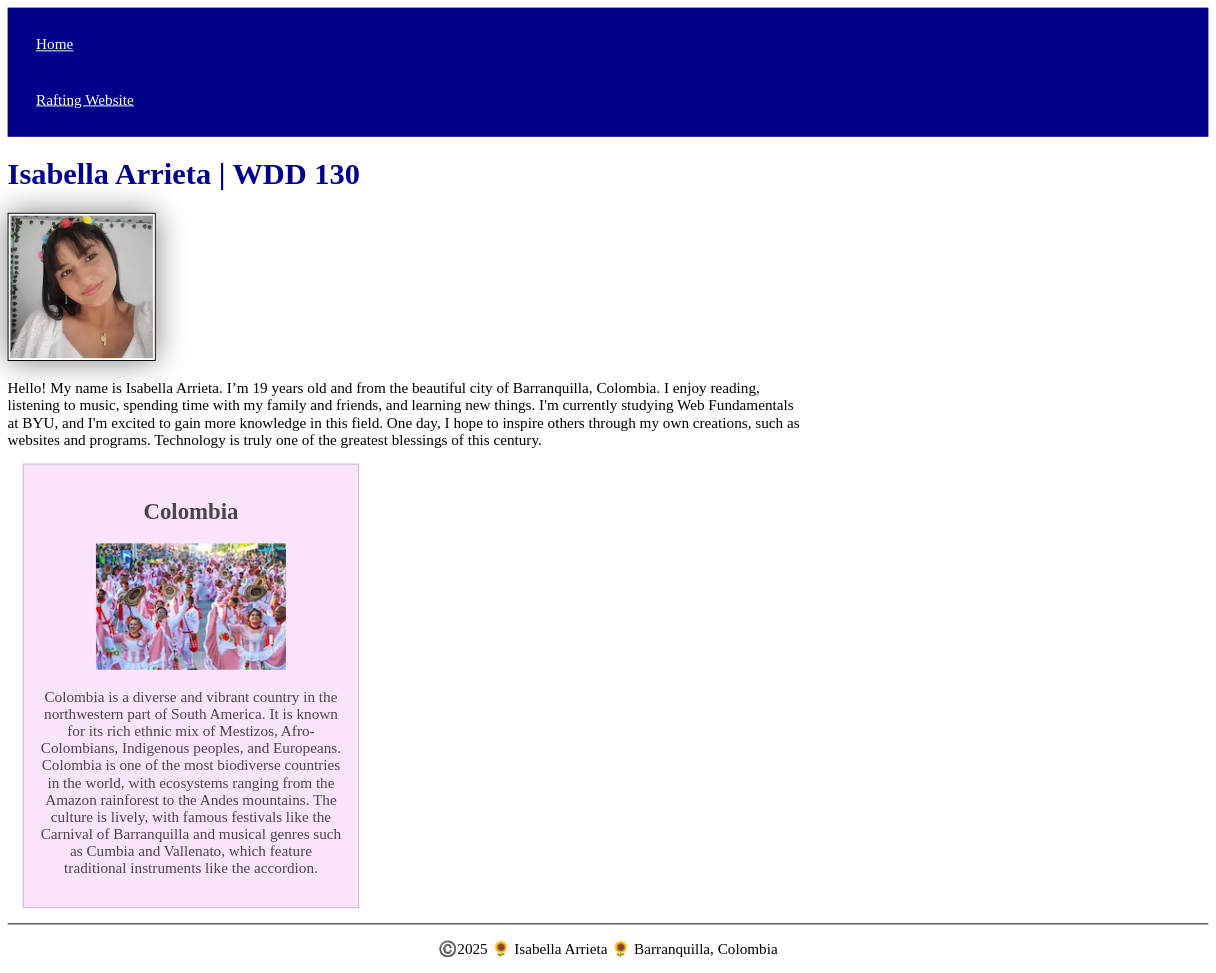
Repository: isaAJ05/wdd130
Page: index.html
These files come from the project's save history. The page is drawn as it stood at one moment and after the next save; the edit follows.
The browser window is 1280 px wide. The pictures show the whole page, at 95% of full size.

Above is the page before, as saved 2025-05-15 13:07:26.

After the next save:
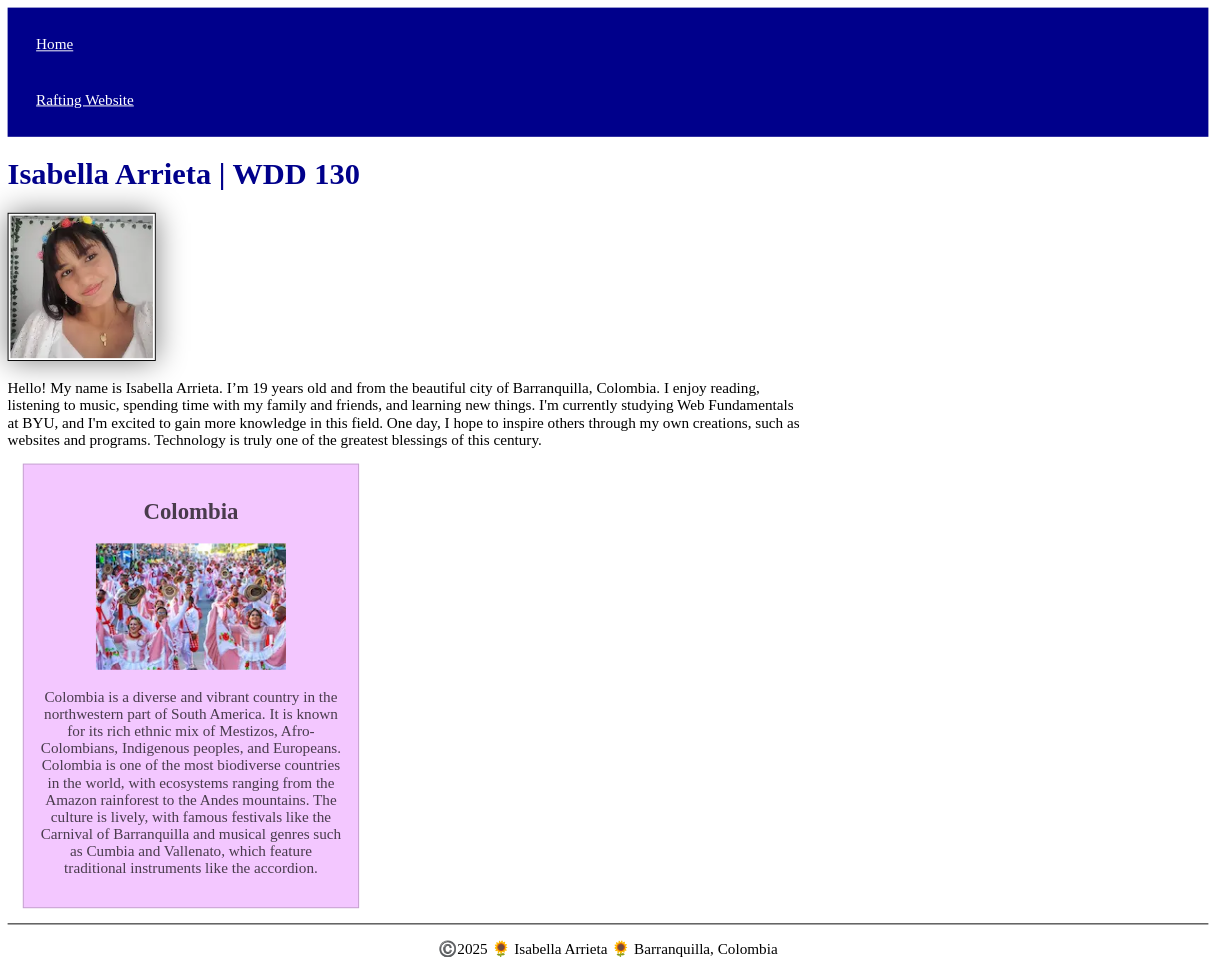
Saved 83 s later.
--- a/styles/styles.css
+++ b/styles/styles.css
@@ -34,7 +34,7 @@ aside{
     margin: 1rem;
     border: 1px solid rgb(0 0 0 / 0.2);
     padding: 1rem;
-    background-color: #fae4fb;
+    background-color: #f3c7ff;
     color: hsla(200,0%,0%,.7);
     text-align: center;
 }
